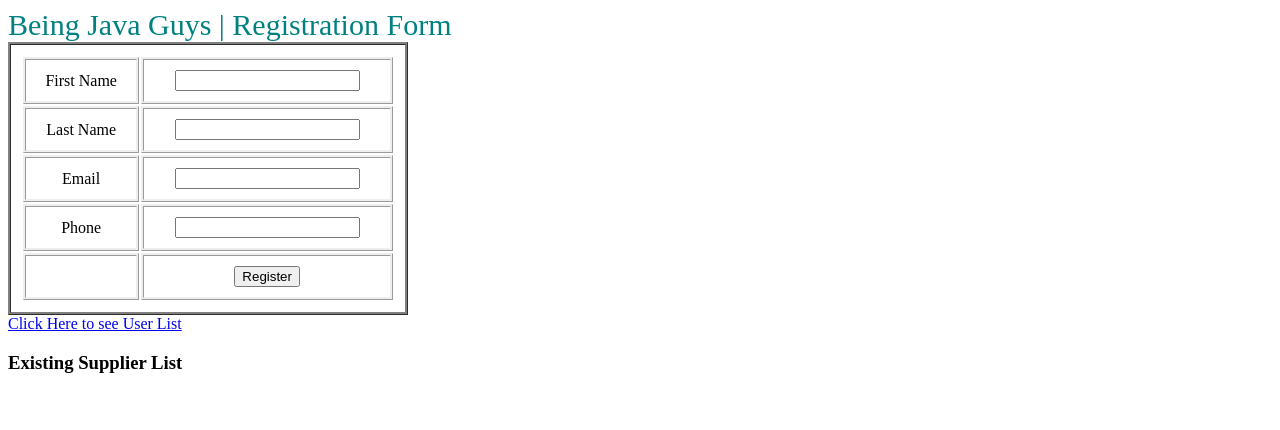
Repository: KaustubhKamat/ShoppingCartProject
Page: http://localhost/NewShoppingCart/WEB-INF/views/DeleteSupplier.jsp
An editor plug-in stored every save of this project. The page is shown before and after the next save, followed by the edit.
The browser window is 1280 px wide. The pictures show the whole page.
The page is served by Tomcat 9. Nobody is signed in. The template is opened directly, without the code that normally fills it, so the values that code supplies are empty.

Above is the page before, as saved 2017-01-16 17:20:45.

After the next save:
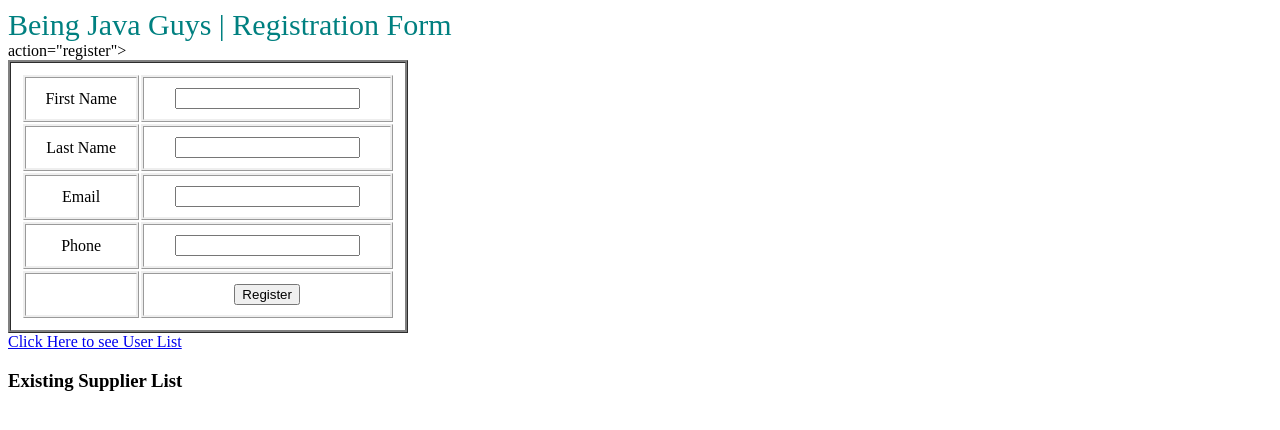
Saved 5 s later.
--- a/NewShoppingCart/src/main/webapp/WEB-INF/views/DeleteSupplier.jsp
+++ b/NewShoppingCart/src/main/webapp/WEB-INF/views/DeleteSupplier.jsp
@@ -20,7 +20,7 @@
    Registration Form</div>
 
   <c:url var="deletesupplier" value="/DeleteSupplier /"></c:url>
-  <form:form  modelAttribute="supplier" method="post"
+  <form:form  modelAttribute="supplier" method="post">
    action="register">
    <table width="400px" height="150px">
     <tr>

After the save that followed:
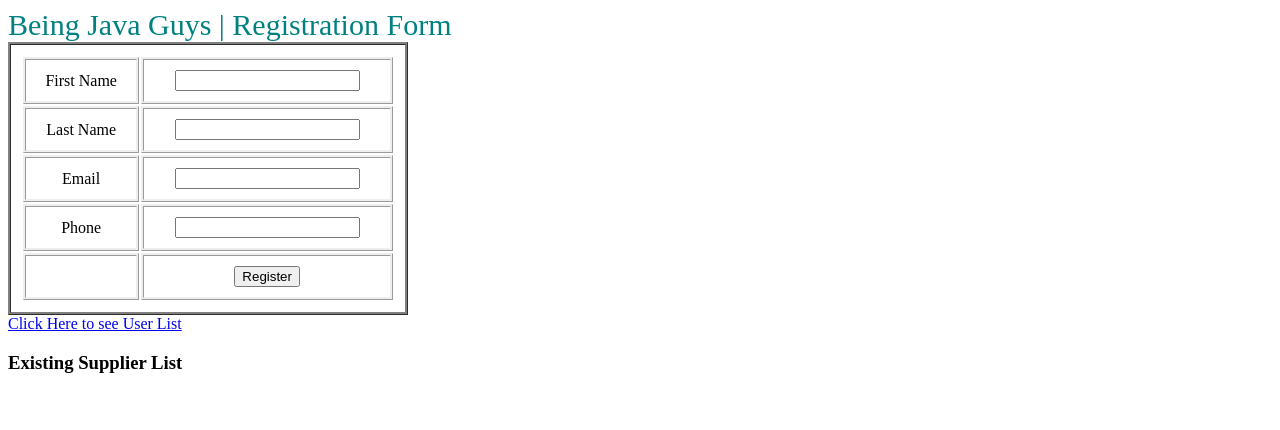
Saved 3 min 8 s later.
--- a/NewShoppingCart/src/main/webapp/WEB-INF/views/DeleteSupplier.jsp
+++ b/NewShoppingCart/src/main/webapp/WEB-INF/views/DeleteSupplier.jsp
@@ -20,8 +20,7 @@
    Registration Form</div>
 
   <c:url var="deletesupplier" value="/DeleteSupplier /"></c:url>
-  <form:form  modelAttribute="supplier" method="post">
-   action="register">
+  <form:form  modelAttribute="supplier" method="post" action="DeleteSupplier">
    <table width="400px" height="150px">
     <tr>
      <td><form:label path="firstName">First Name</form:label>
